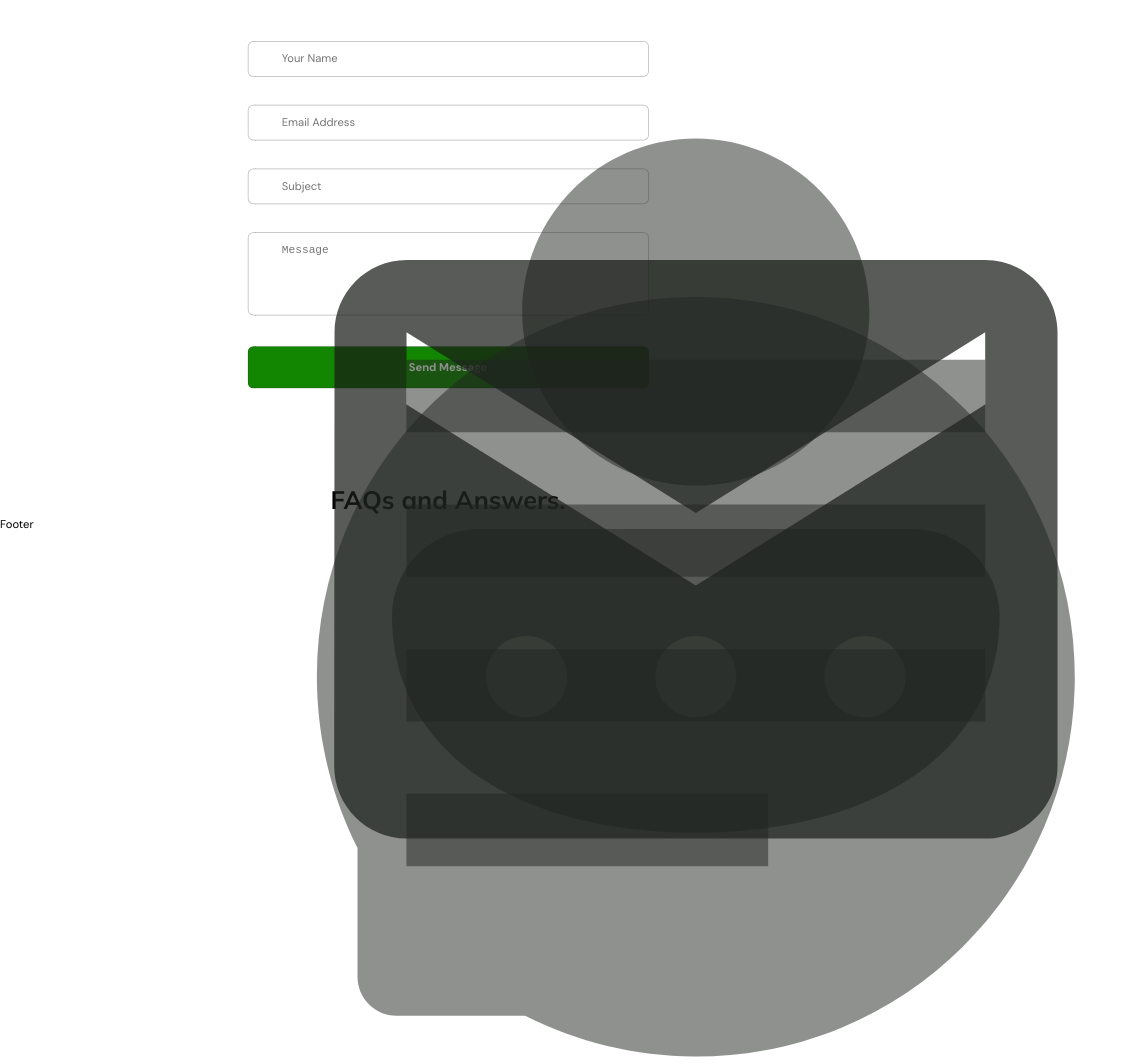
Repository: nacossuil/Uil-Nacos-Web
Page: /contact (app in frontend/)
An editor plug-in stored every save of this project. The page is shown before and after the next save, followed by the edit.
The browser window is 1280 px wide. The page is 1634 px wide, so the pictures cover 1634 px, including what lies to the right of the window. The pictures show the part of the page from y = 554 to 2074 px (the page is 2160 px tall), at 70% of full size.
The project was rebuilt for these pictures with package versions that can differ from the ones it lists, and the page was loaded fresh each time. Also part of the build but not shown: frontend/vite.config.js, frontend/src/components/Home/About/About.jsx, frontend/src/components/Home/Hero/Hero.jsx, frontend/src/pages/Home/HomePage.jsx, frontend/src/pages/About/AboutPage.jsx, frontend/src/pages/Events/EventsPage.jsx, frontend/src/pages/Opportunities/tempData.js, frontend/src/pages/Opportunities/OpportunitiesPage.jsx and 1 more.

Above is the page before, as saved 2023-11-15 13:15:52.

After the next save:
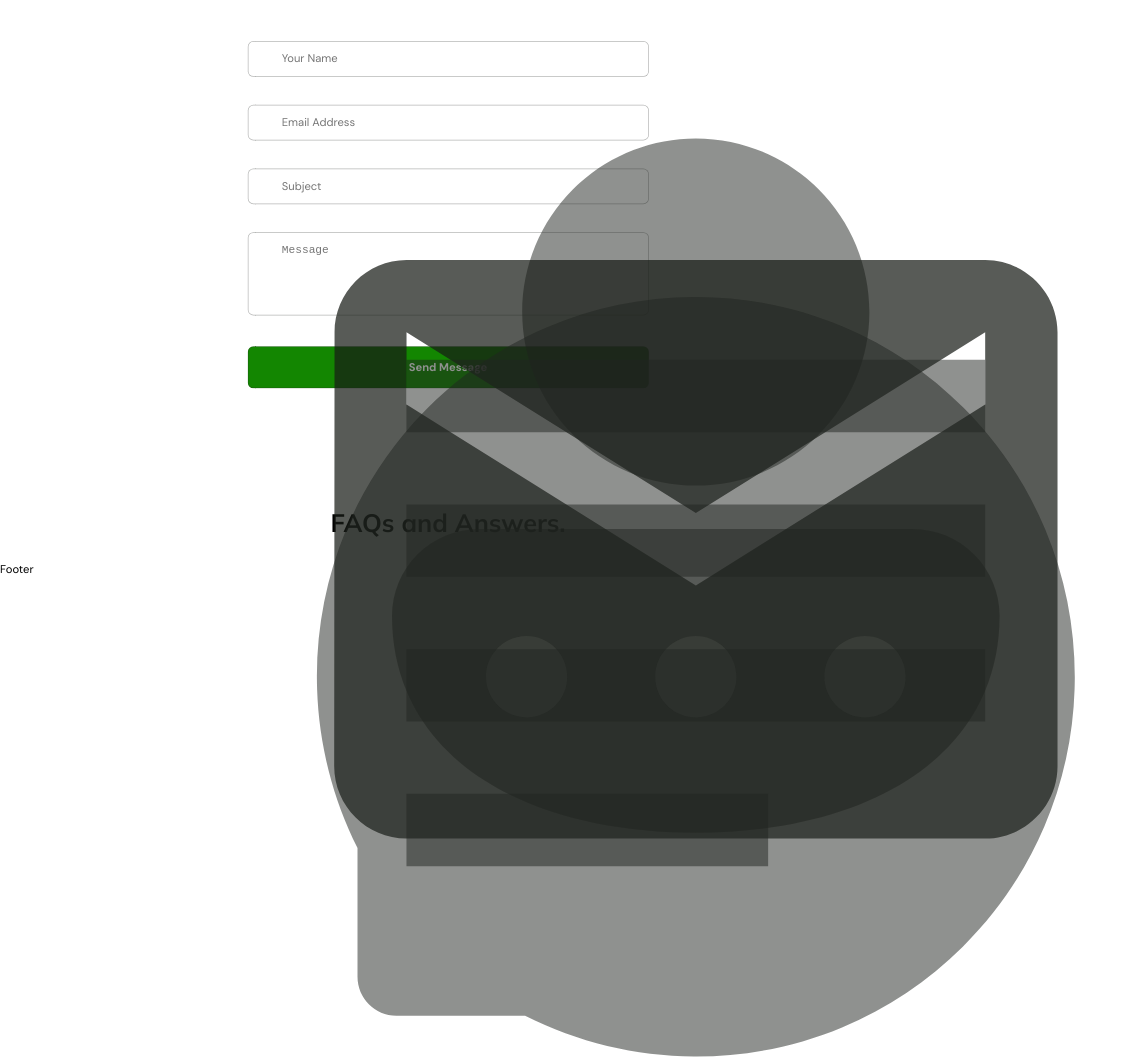
Saved 12 s later.
--- a/frontend/src/pages/Contact/ContactPage.css
+++ b/frontend/src/pages/Contact/ContactPage.css
@@ -96,5 +96,5 @@
 }
 
 .third .t-text {
-    padding: 2rem auto;
+    margin: 2rem auto;
 }
